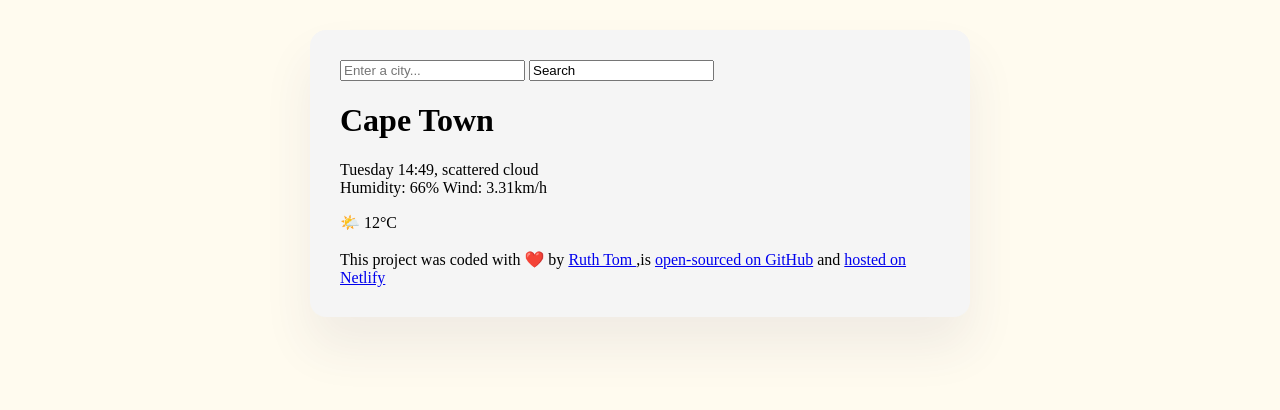
Repository: RuthTom711/Weatherly-App
Page: index.html
An editor plug-in stored every save of this project. The page is shown before and after a run of saves, followed by the edit.
The browser window is 1280 px wide. The pictures show the whole page.

Above is the page before, as saved 2025-11-10 22:20:10.

After the next 4 saves:
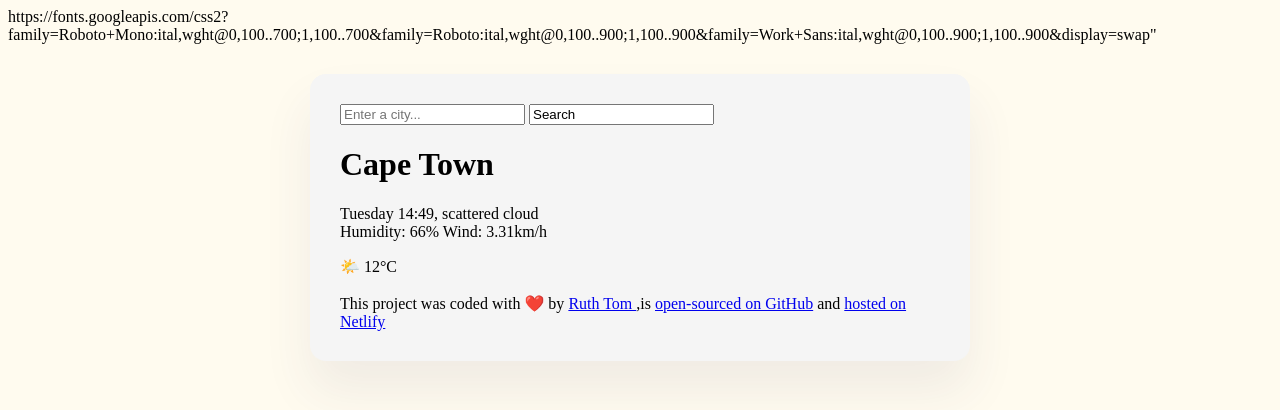
The 4 saves are shown as one change because they came seconds apart.
The last was saved 21 s later.
--- a/index.html
+++ b/index.html
@@ -4,7 +4,8 @@
     <meta charset="UTF-8" />
     <link rel="preconnect" href="https://fonts.googleapis.com">
 <link rel="preconnect" href="https://fonts.gstatic.com" crossorigin>
-<link href="rel="stylesheet">
+https://fonts.googleapis.com/css2?family=Roboto+Mono:ital,wght@0,100..700;1,100..700&family=Roboto:ital,wght@0,100..900;1,100..900&family=Work+Sans:ital,wght@0,100..900;1,100..900&display=swap"
+
     <meta name="viewport" content="width=device-width, initial-scale=1.0" />
     <title>Weatherly App</title>
   </head>
